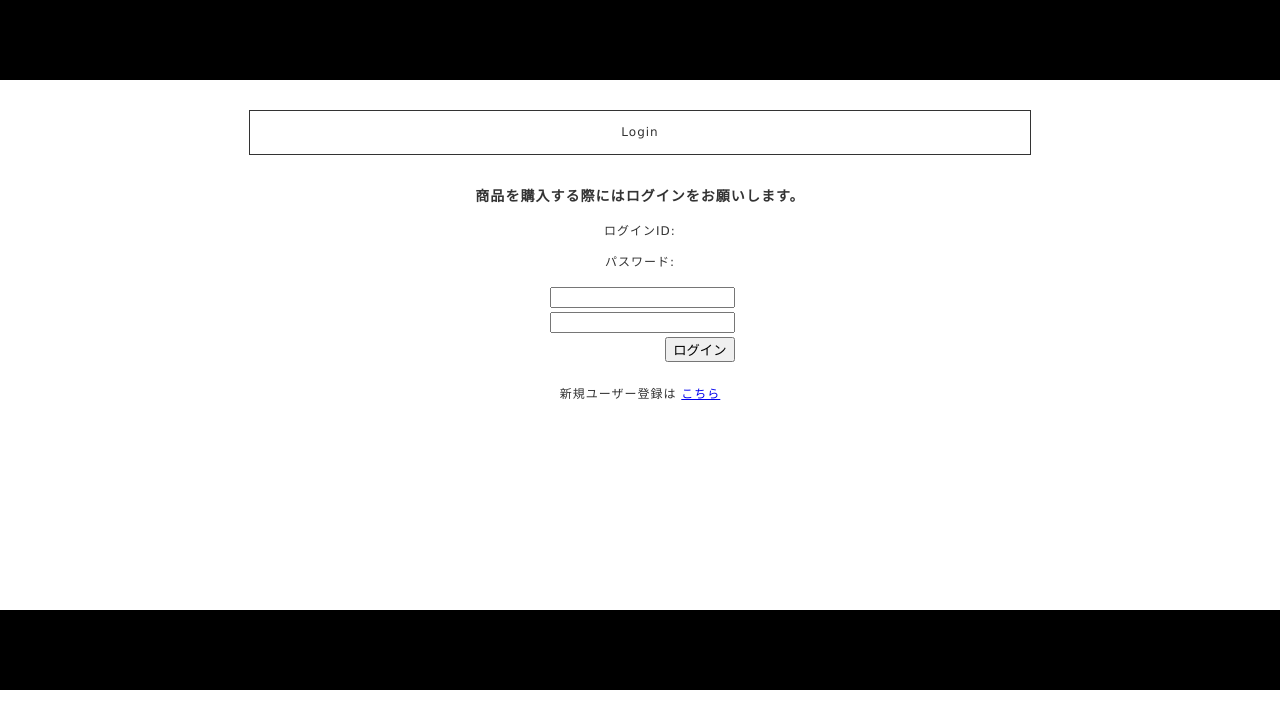
Repository: NoriakiYasumura/test01
Page: http://localhost/template/HomeAction.action
The author's editor kept a copy of each file at every save. The page is drawn from the files as they stood at one save, then again after the next save.
The browser window is 1280 px wide. The pictures show the whole page.
The page is served by Tomcat 9.

Above is the page before, as saved 2019-04-05 05:58:23.

After the next save:
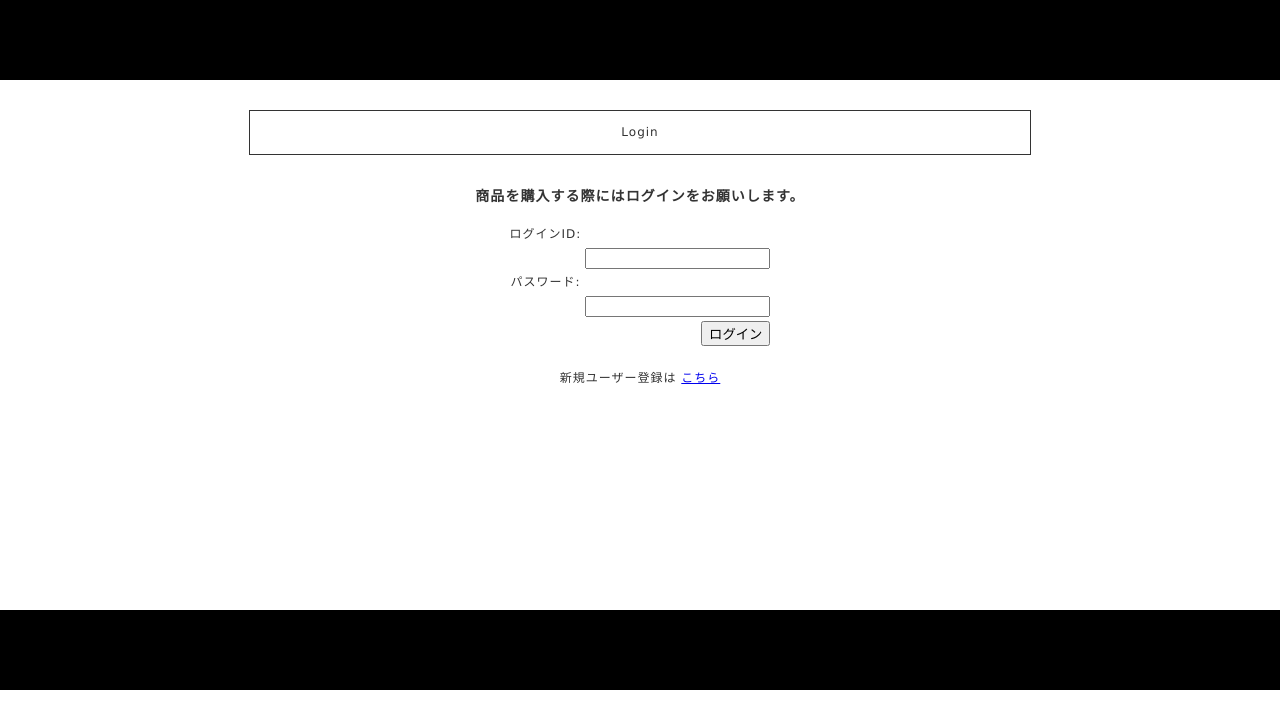
Saved 2 min 3 s later.
--- a/template/WebContent/login.jsp
+++ b/template/WebContent/login.jsp
@@ -70,9 +70,15 @@
 			<div>
 				<h3>商品を購入する際にはログインをお願いします。</h3>
 				<s:form action="LoginAction">
-					<p>ログインID:<s:textfield name="loginUserId"/></p>
-					<p>パスワード:<s:password name="loginPassword"/></p>
-					<s:submit value="ログイン"/>
+					<tr>
+						<td>ログインID:</td>
+						<s:textfield name="loginUserId"/>
+					</tr>
+					<tr>
+							<td>パスワード:</td>
+							<s:password name="loginPassword"/>
+							<s:submit value="ログイン"/>
+					</tr>
 				</s:form>
 				<br/>
 				<div>
